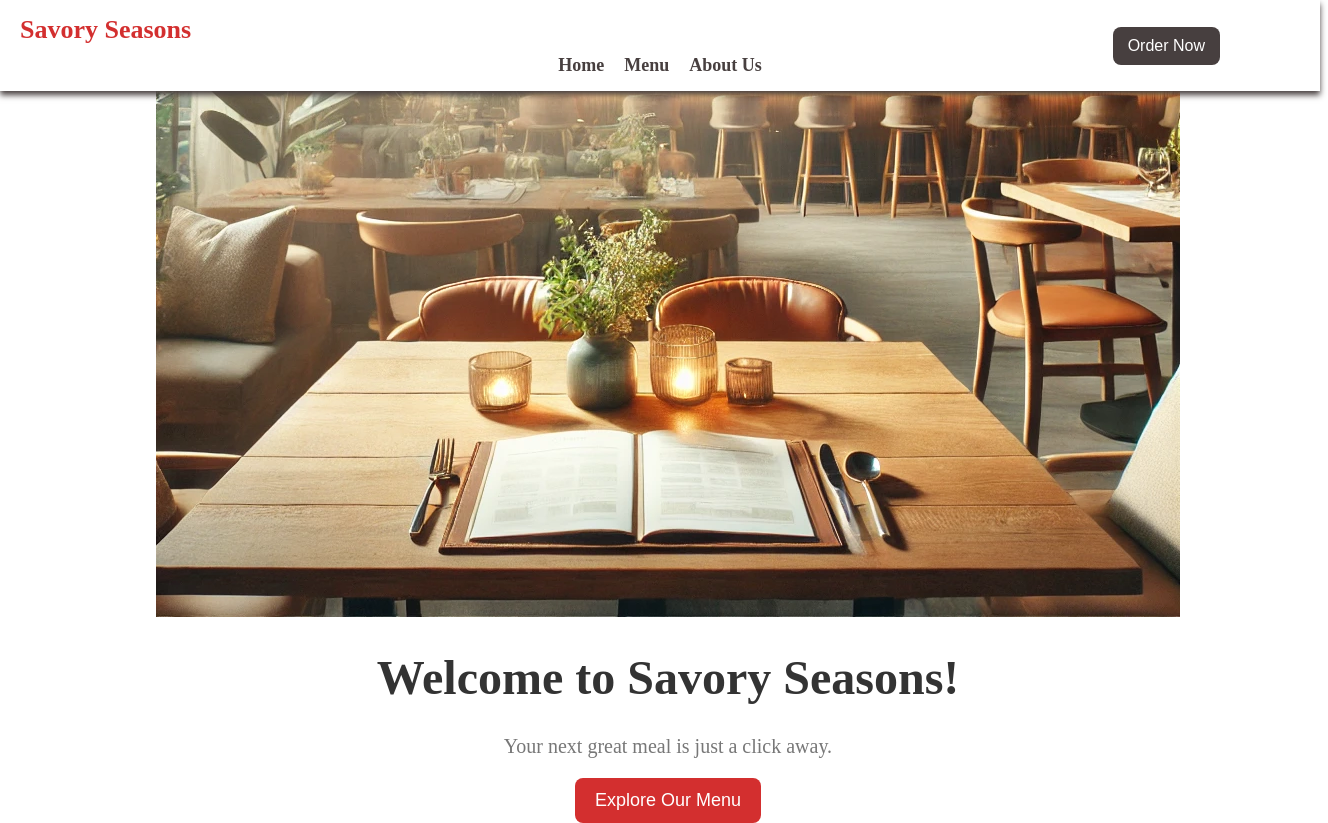
Repository: KalebMalone/Resturant
Page: / (app in my-app/)
The author's editor kept a copy of each file at every save. The page is drawn from the files as they stood at one save, then again after the next save.
The browser window is 1280 px wide. The page is 1328 px wide, so the pictures cover 1328 px, including what lies to the right of the window. The pictures show the whole page.
The project was rebuilt for these pictures with package versions that can differ from the ones it lists, and the page was loaded fresh each time. Also part of the build but not shown: my-app/vite.config.js, my-app/src/index.css, my-app/src/components/Menu.jsx, my-app/src/pages/AboutUs.jsx, my-app/src/components/OrderPage.jsx.

Above is the page before, as saved 2025-03-16 17:52:20.

After the next save:
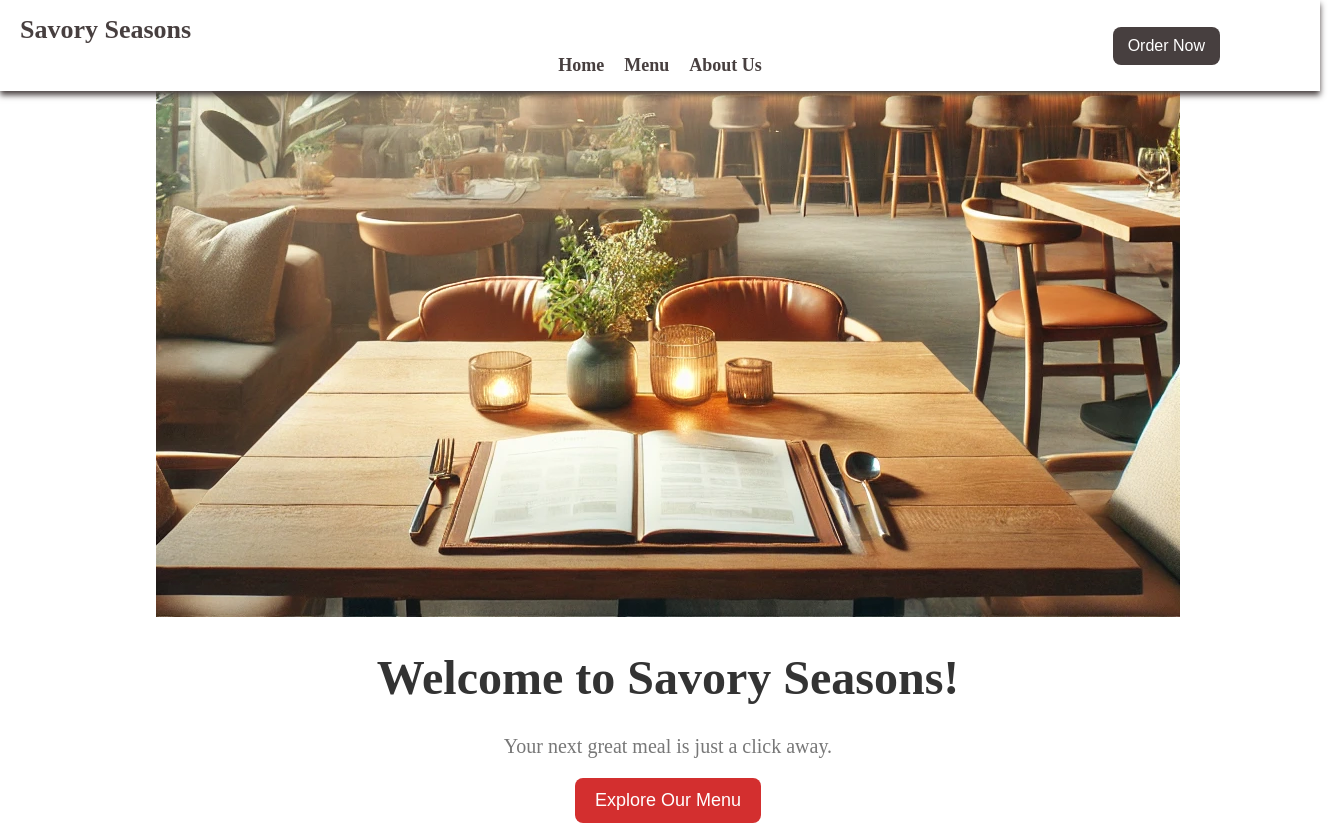
Saved 7 s later.
--- a/my-app/src/components/NavBar.jsx
+++ b/my-app/src/components/NavBar.jsx
@@ -17,7 +17,7 @@ const Header = styled.header`
 const Title = styled.h1`
   font-size: 26px;
   font-weight: bold;
-  color: #d32f2f;
+  color:rgb(71, 63, 63);
   margin: 0;
   padding: 0;
   cursor: pointer;
